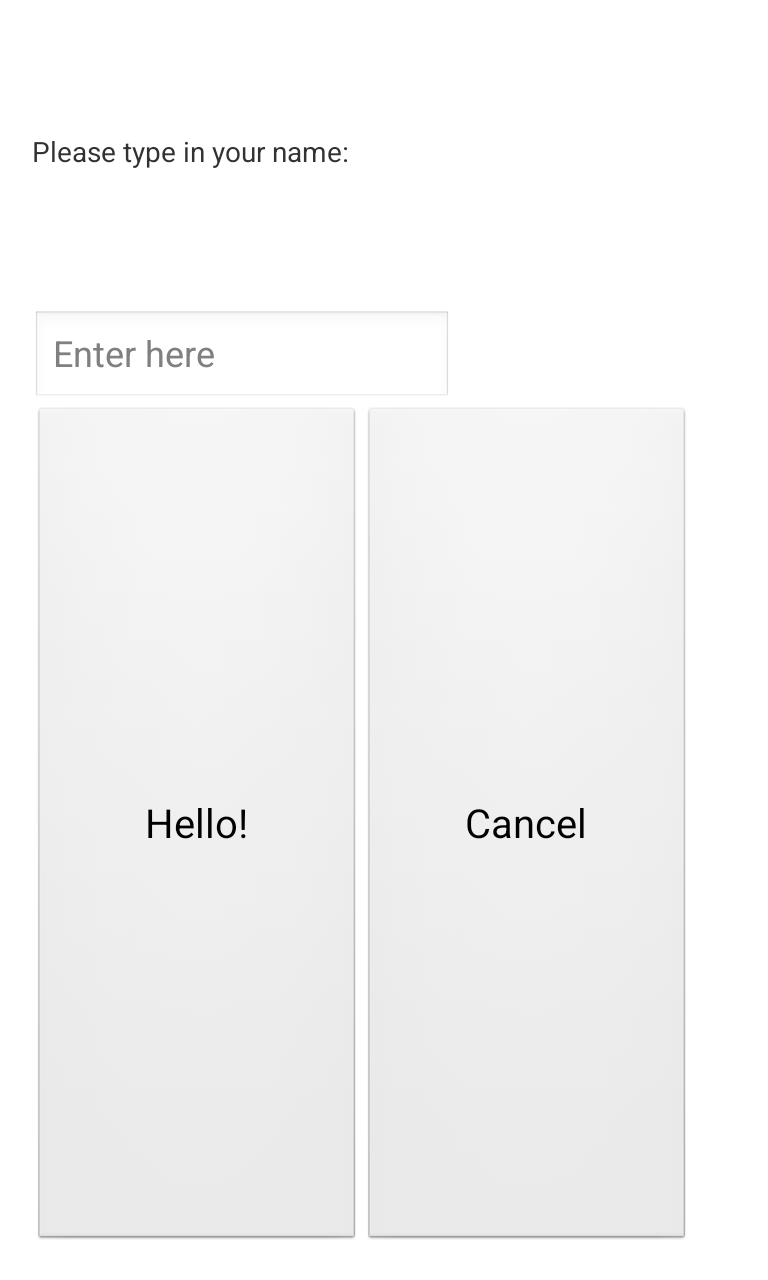
Repository: echolomaniac/HelloWorld
Layout: HelloWorld/res/layout/fragment_main.xml
An editor plug-in stored every save of this project. The layout is shown before and after the next save, followed by the edit.
It is drawn on a 768 x 1280 px phone screen (xhdpi) without system bars, with theme android:Theme.Light.NoTitleBar; the app's code is not run.

Above is the layout before, as saved 2014-05-06 06:14:04.

### HelloWorld/res/layout/fragment_main.xml
<RelativeLayout xmlns:android="http://schemas.android.com/apk/res/android"
    xmlns:tools="http://schemas.android.com/tools"
    android:layout_width="match_parent"
    android:layout_height="match_parent"
    android:paddingBottom="@dimen/activity_vertical_margin"
    android:paddingLeft="@dimen/activity_horizontal_margin"
    android:paddingRight="@dimen/activity_horizontal_margin"
    android:paddingTop="@dimen/activity_vertical_margin"
    tools:context="com.example.helloworld.MainActivity$PlaceholderFragment" >

    <LinearLayout
        android:id="@+id/linearLayout1"
        android:layout_width="fill_parent"
        android:layout_height="fill_parent"
        android:layout_alignParentLeft="true"
        android:orientation="vertical" >

        <TextView
            android:id="@+id/textView1"
            android:layout_width="wrap_content"
            android:layout_height="wrap_content"
            android:layout_marginTop="50dp"
            android:text="@string/enter_name" />

        <EditText
            android:id="@+id/editText1"
            android:layout_width="wrap_content"
            android:layout_height="wrap_content"
            android:layout_marginTop="70dp"
            android:ems="10"
            android:hint="@string/hint_enter_name" />

        <LinearLayout
            android:layout_width="fill_parent"
            android:layout_height="0dp"
            android:layout_weight="0.01" >

            <Button
                android:id="@+id/button1"
                android:layout_width="165dp"
                android:layout_height="match_parent"
                android:text="@string/hello_button"
                android:textSize="20sp" />

            <Button
                android:id="@+id/button2"
                android:layout_width="165dp"
                android:layout_height="match_parent"
                android:text="@string/button_cancel"
                android:textSize="20sp" />

        </LinearLayout>

    </LinearLayout>

</RelativeLayout>

### HelloWorld/res/values/strings.xml
<?xml version="1.0" encoding="utf-8"?>
<resources>

    <string name="app_name">HelloWorld</string>
    <string name="hello_world">Hello world!</string>
    <string name="action_settings">Settings</string>
    <string name="enter_name">Please type in your name:</string>
    <string name="hello_button">Hello!</string>
    <string name="hint_enter_name">Enter here</string>
    <string name="button_cancel">Cancel</string>

</resources>

Loaded but not shown: HelloWorld/res/values/dimens.xml (common file); HelloWorld/res/values-w820dp/dimens.xml (common file)

After the next save:
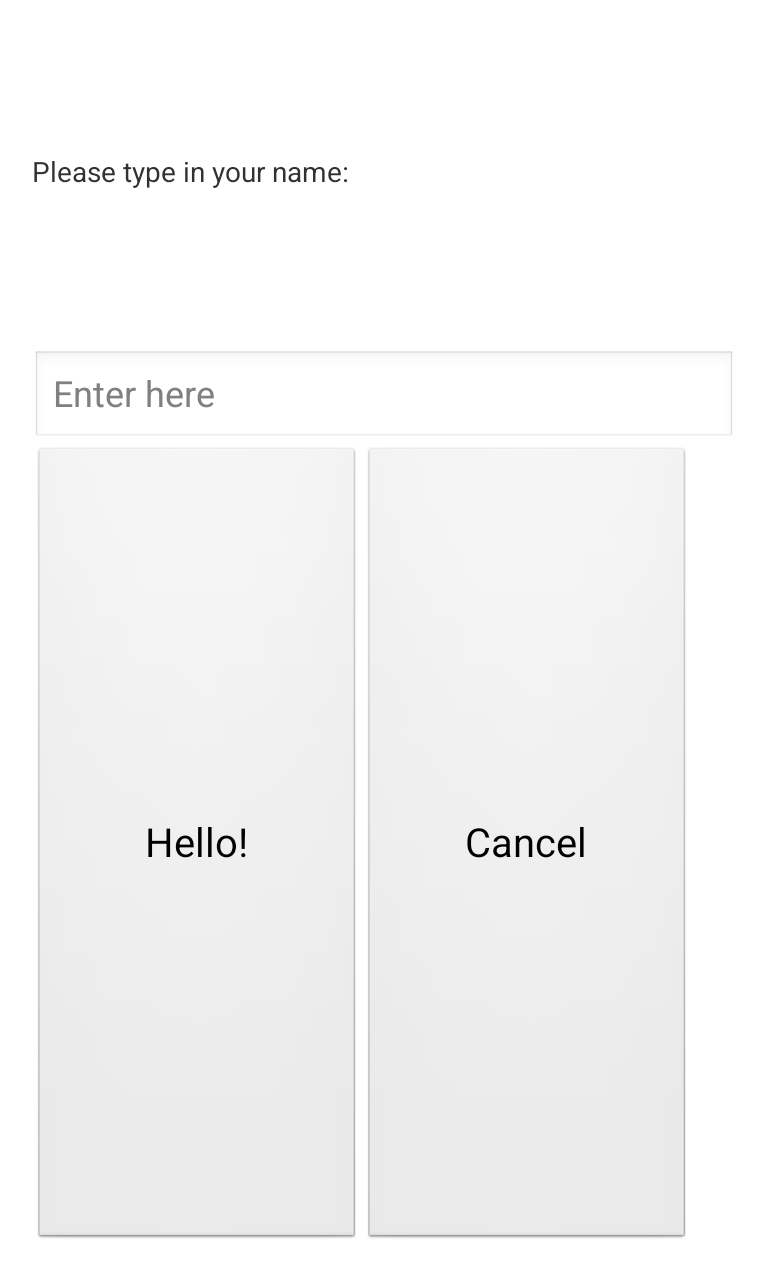
Saved 37 s later.
--- a/HelloWorld/res/layout/fragment_main.xml
+++ b/HelloWorld/res/layout/fragment_main.xml
@@ -19,14 +19,14 @@
             android:id="@+id/textView1"
             android:layout_width="wrap_content"
             android:layout_height="wrap_content"
-            android:layout_marginTop="50dp"
+            android:layout_marginTop="60dp"
             android:text="@string/enter_name" />
 
         <EditText
             android:id="@+id/editText1"
-            android:layout_width="wrap_content"
+            android:layout_width="match_parent"
             android:layout_height="wrap_content"
-            android:layout_marginTop="70dp"
+            android:layout_marginTop="80dp"
             android:ems="10"
             android:hint="@string/hint_enter_name" />
 
